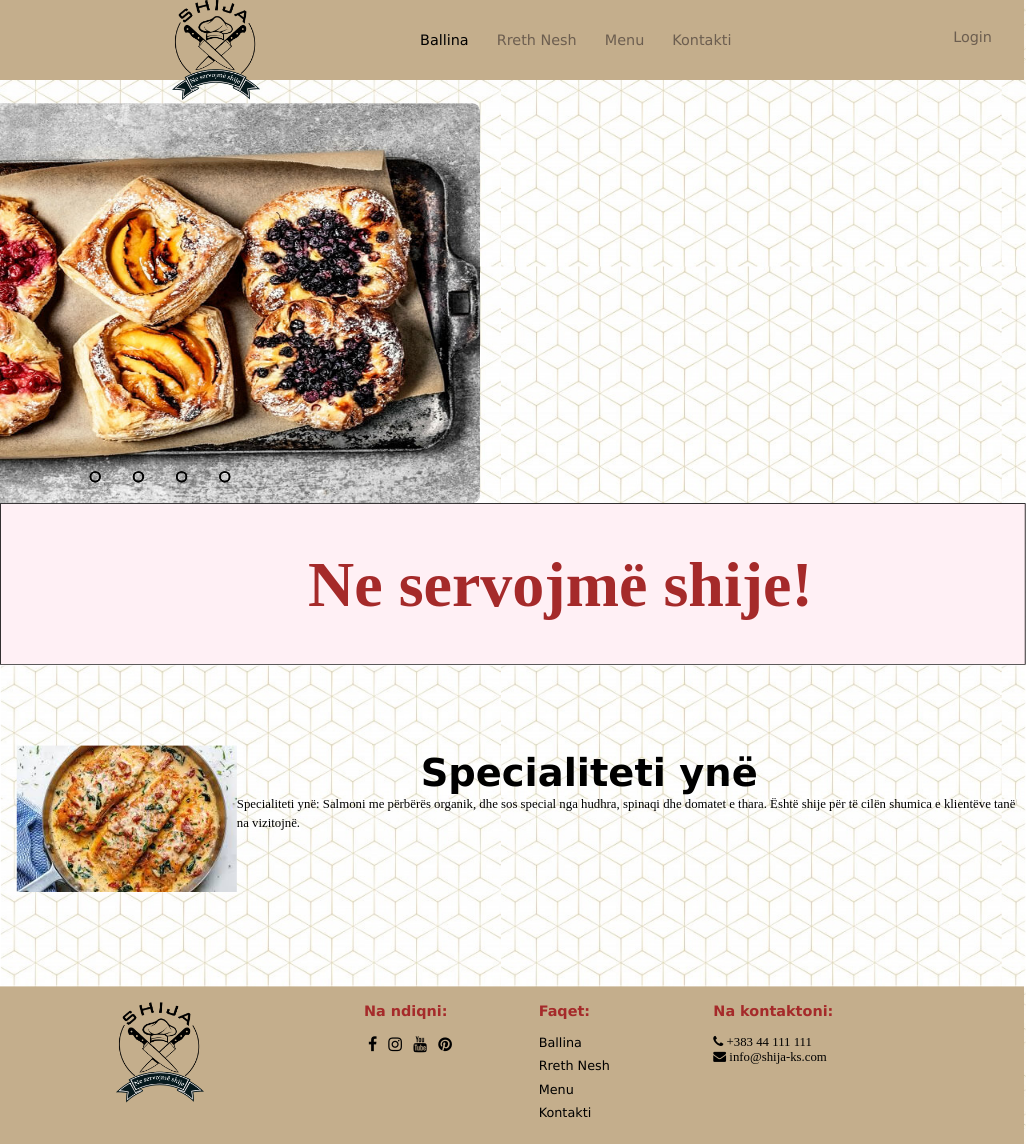
Repository: bs47892/ProjektiWeb-Shija2020
Page: http://localhost/shija.html
These files come from the project's save history. The page is drawn as it stood at one moment and after the next save; the edit follows.
The browser window is 1280 px wide. The page is 1282 px wide, so the pictures cover 1282 px, including what lies to the right of the window. The pictures show the whole page, at 80% of full size.
The page is run by PHP 8.4 with error messages shown; the project is at /var/www/html/.

Above is the page before, as saved 2021-02-11 22:15:02.

After the next save:
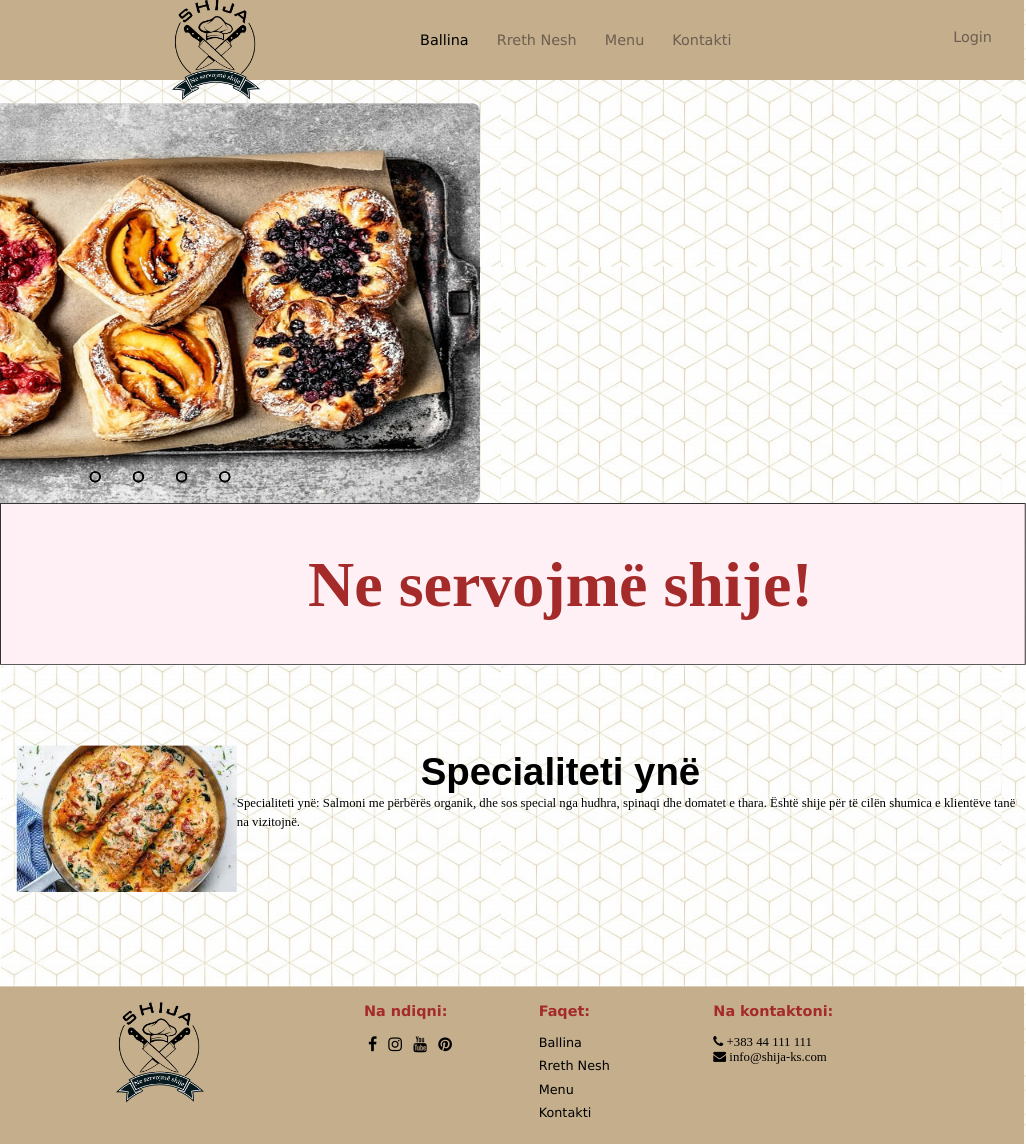
Saved 27 s later.
--- a/style.css
+++ b/style.css
@@ -260,7 +260,7 @@ footer{
    .specialiteti h1{
        font-size: 300%;
        margin-top: 100px;
-       font-family: Verdana, Geneva, Tahoma, sans-serif;
+       font-family:Arial, Helvetica, sans-serif;
    }
    /*perfundon specialiteti*/
 
